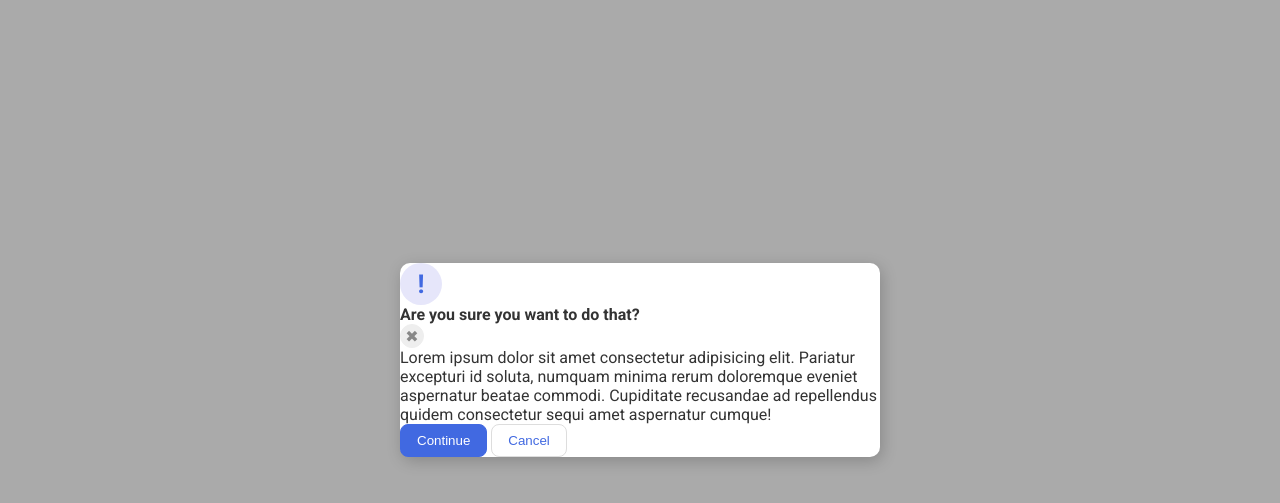
Repository: bbrockbrown/css-exercises
Page: flex/05-flex-modal/index.html
These files come from the project's save history. The page is drawn as it stood at one moment and after the next save; the edit follows.
The browser window is 1280 px wide. The pictures show the whole page.

Above is the page before, as saved 2024-07-21 17:50:45.

### flex/05-flex-modal/index.html
<!DOCTYPE html>
<html lang="en">
  <head>
    <meta charset="UTF-8">
    <meta http-equiv="X-UA-Compatible" content="IE=edge">
    <meta name="viewport" content="width=device-width, initial-scale=1.0">
    <link rel="stylesheet" href="style.css">
    <title>Modal</title>
  </head>
  <body>
    <div class="modal">
      <div class="icon-container">
        <div class="icon">!</div>
      </div>


      <div class="content">
        <div class="header" style="font-weight: bold">Are you sure you want to do that?</div>
        <button class="close-button">✖</button>
        <div class="text">Lorem ipsum dolor sit amet consectetur adipisicing elit. Pariatur excepturi id soluta, numquam minima rerum doloremque eveniet aspernatur beatae commodi. Cupiditate recusandae ad repellendus quidem consectetur sequi amet aspernatur cumque!</div>
        <button class="continue">Continue</button>
        <button class="cancel">Cancel</button>
      </div>


    </div>
  </body>
</html>

### flex/05-flex-modal/style.css
@import url('https://fonts.googleapis.com/css2?family=Roboto:wght@400;700&display=swap');

html, body {
  height: 100%;
}

body {
  font-family: Roboto, sans-serif;
  margin: 0;
  background: #aaa;
  color: #333;
  /* I'll give you this one for free lol */
  display: flex;
  align-items: center;
  justify-content: center;
}

.modal {
  background: white;
  width: 480px;
  border-radius: 10px;
  box-shadow: 2px 4px 16px rgba(0,0,0,.2);
}

.icon {
  color: royalblue;
  font-size: 26px;
  font-weight: 700;
  background: lavender;
  width: 42px;
  height: 42px;
  border-radius: 50%;
  display: flex;
  align-items: center;
  justify-content: center;
}

.close-button {
  background: #eee;
  border-radius: 50%;
  color: #888;
  font-weight: 400;
  font-size: 16px;
  height: 24px;
  width: 24px;
  display: flex;
  align-items: center;
  justify-content: center;
  border: 1px solid #eee;
  padding: 0;
}

button {
  cursor: pointer;
  padding: 8px 16px;
  border-radius: 8px;
}

button.continue {
  background: royalblue;
  border: 1px solid royalblue;
  color: white;
}

button.cancel {
  background: white;
  border: 1px solid #ddd;
  color: royalblue;
}

After the next save:
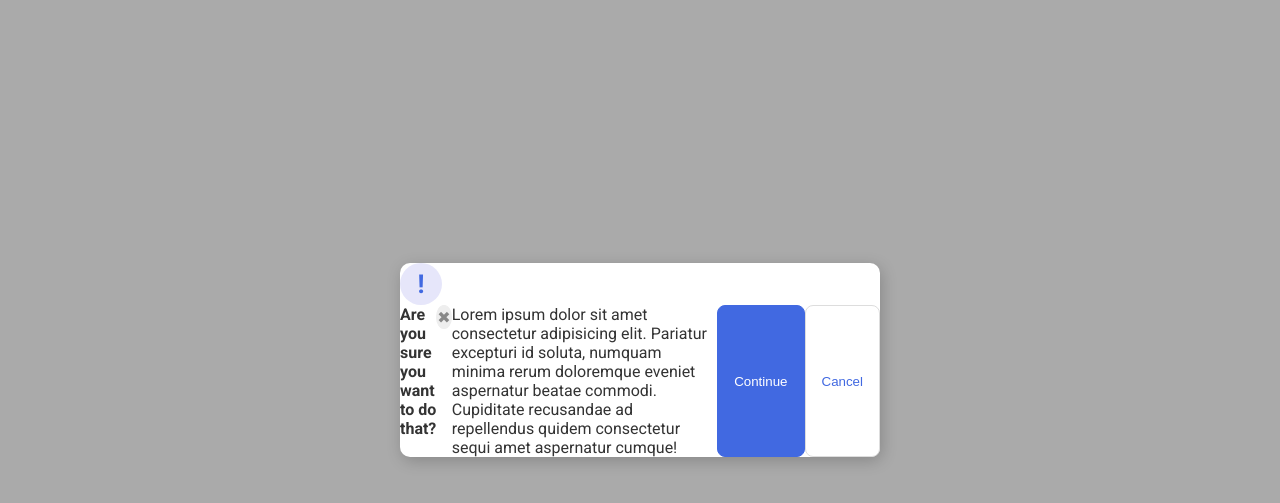
Saved 70 s later.
--- a/flex/05-flex-modal/style.css
+++ b/flex/05-flex-modal/style.css
@@ -15,11 +15,20 @@ body {
   justify-content: center;
 }
 
+.content {
+  display: flex;
+  text-align: left;
+}
+
 .modal {
   background: white;
   width: 480px;
   border-radius: 10px;
   box-shadow: 2px 4px 16px rgba(0,0,0,.2);
+}
+
+.icon-container {
+  display: flex;
 }
 
 .icon {
